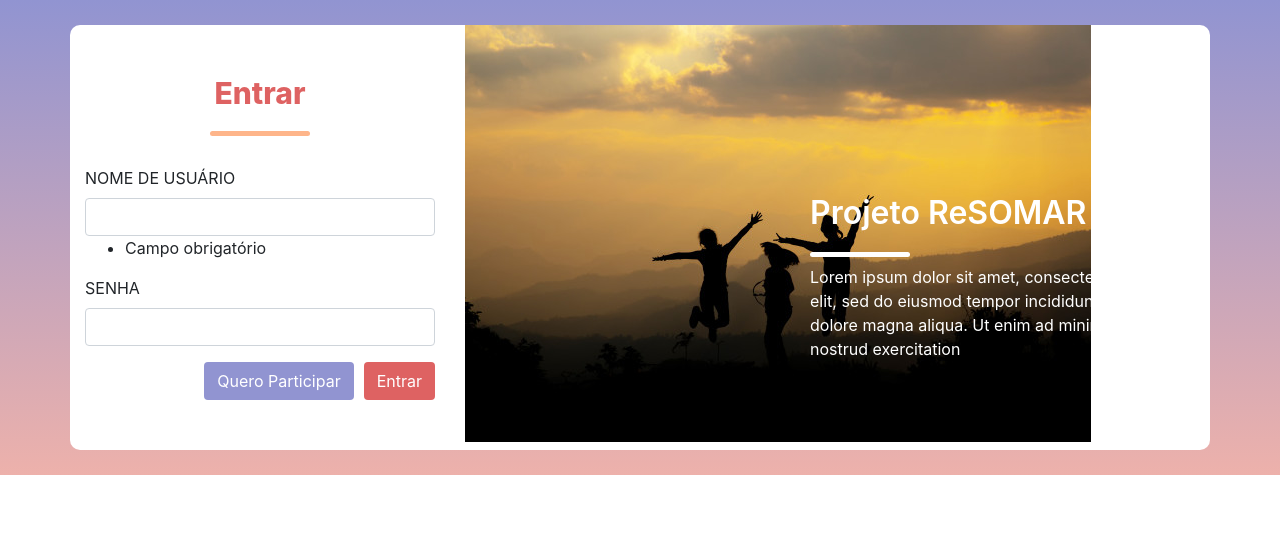
Repository: juniorSchulz17/reSOMAR
Page: Resomar/WebContent/View/login/login.html
An editor plug-in stored every save of this project. The page is shown before and after the next save, followed by the edit.
The browser window is 1280 px wide. The pictures show the whole page.

Above is the page before, as saved 2018-12-11 22:46:16.
Console error: TypeError: Cannot read properties of undefined (reading 'fn')

After the next save:
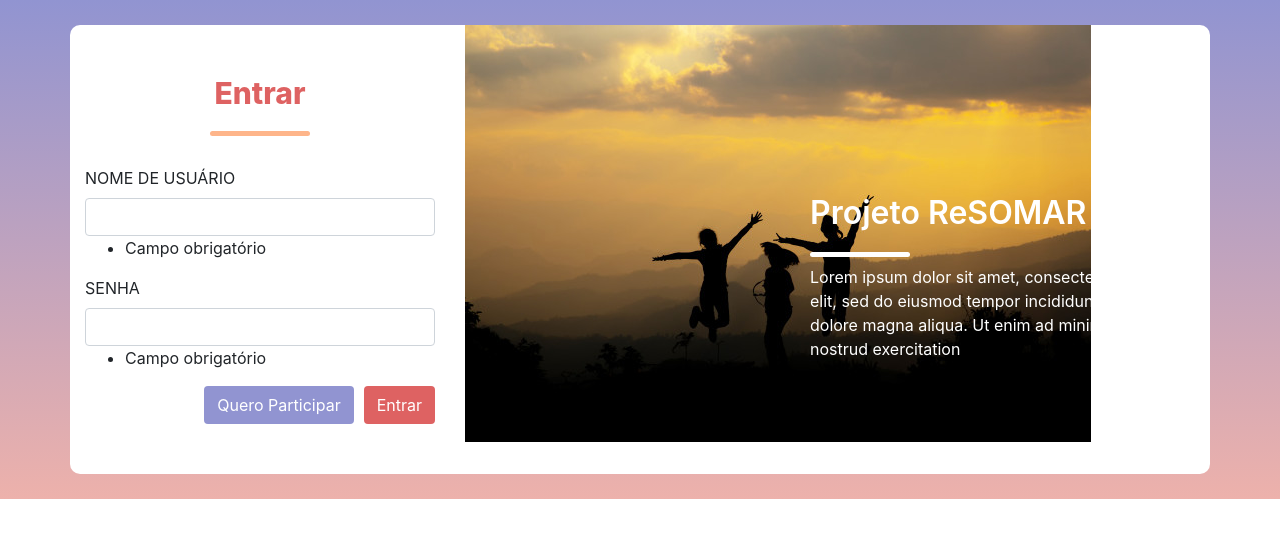
Saved 6 s later.
--- a/Resomar/WebContent/View/login/login.html
+++ b/Resomar/WebContent/View/login/login.html
@@ -36,7 +36,7 @@
             <input type="password" class="form-control" placeholder="" name="password" required>
             <span class="help-block">
               <ul>
-                <li ng-if="pass.errors.required">
+                <li>
                   Campo obrigatório
                 </li>
               </ul>
